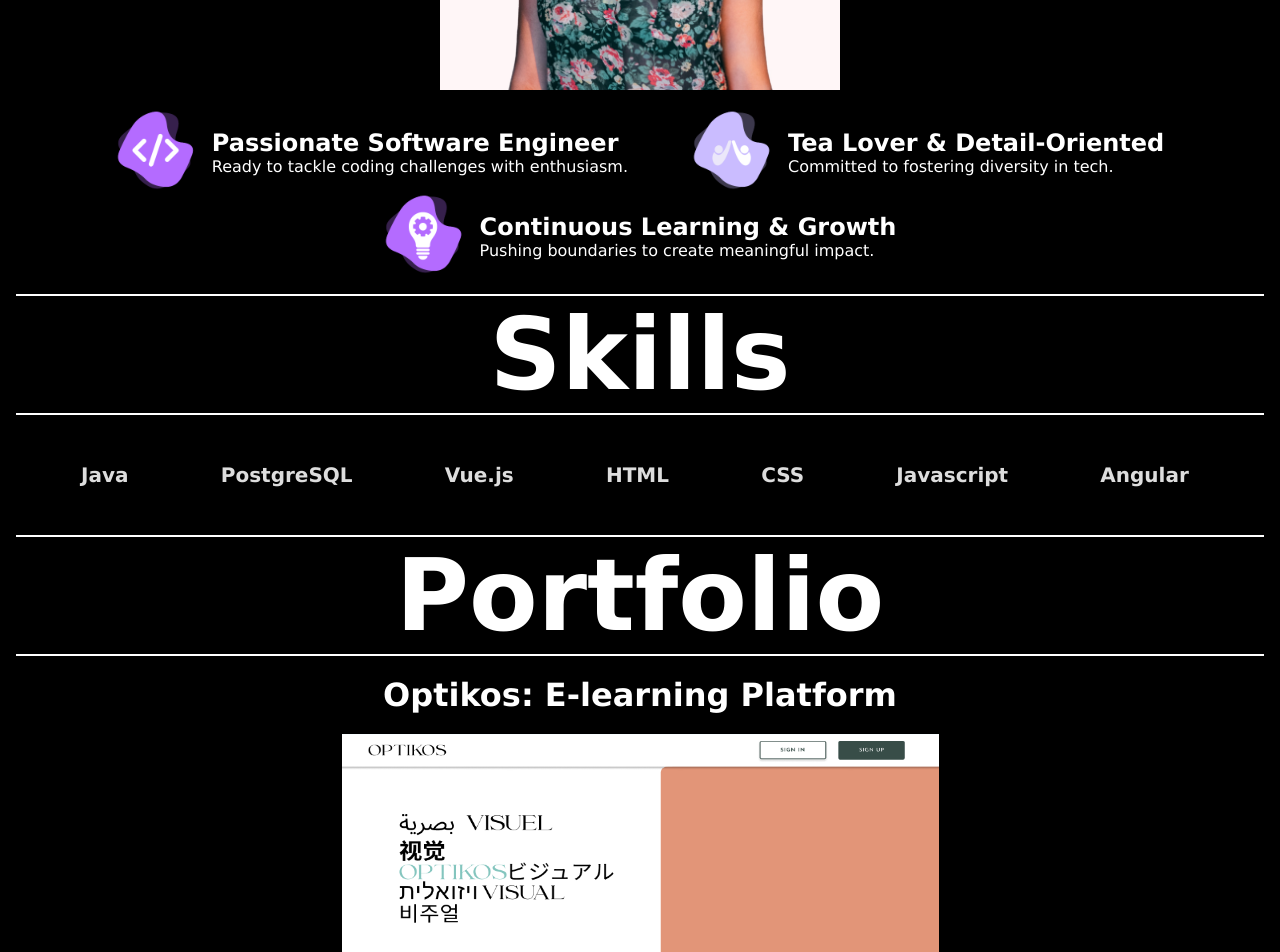
Repository: woodsdeshe/portfolio
Page: index.html
The author's editor kept a copy of each file at every save. The page is drawn from the files as they stood at one save, then again after the next save.
The browser window is 1280 px wide. The pictures show the part of the page from y = 1196 to 2148 px (the page is 2552 px tall).
A picture or video elsewhere on the page could not be fetched, so the positions and the page height are approximate. Some web fonts or font styles are not loaded; a fallback is used.

Above is the page before, as saved 2023-06-11 16:07:32.

After the next save:
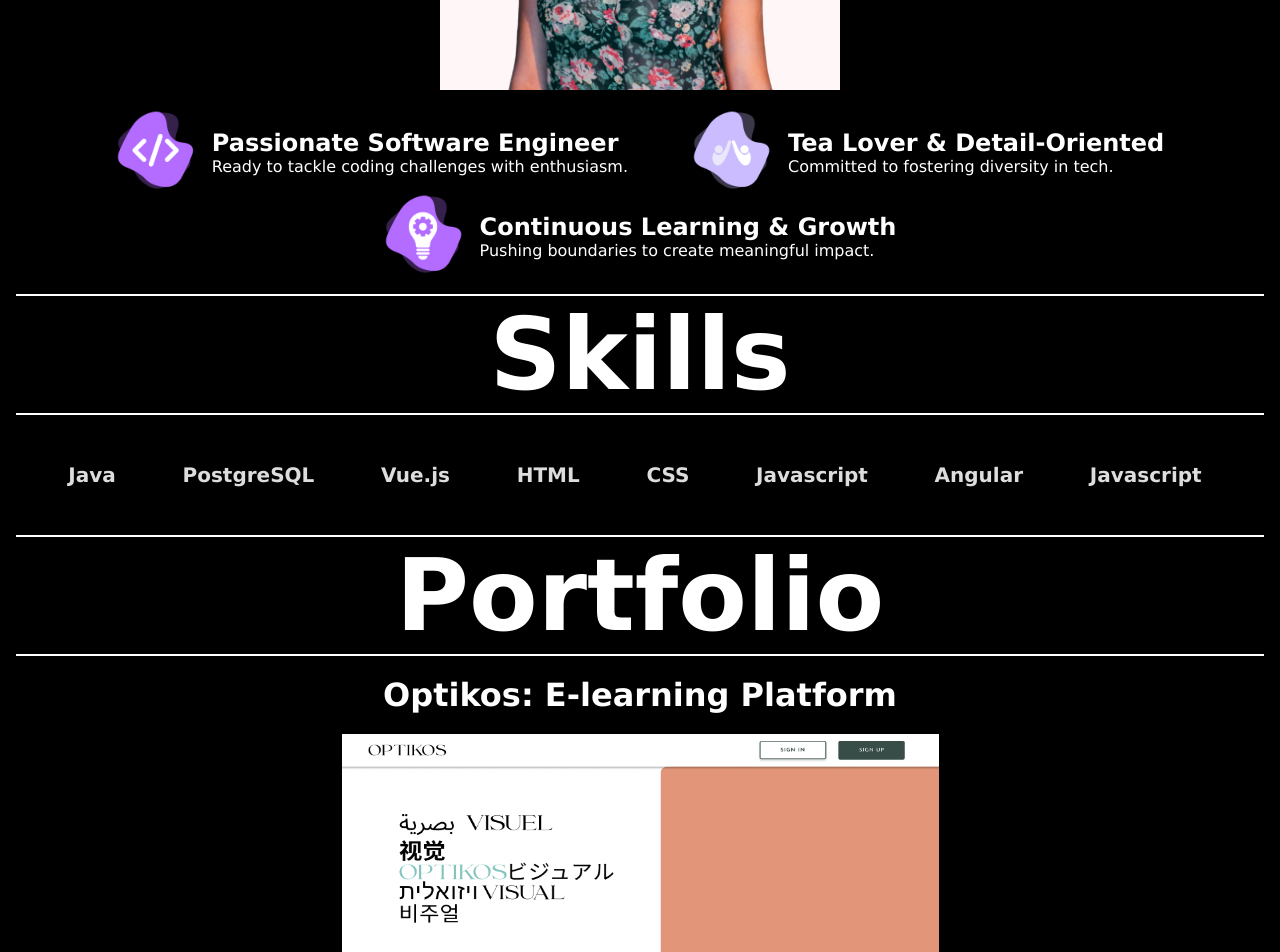
Saved 5 s later.
--- a/index.html
+++ b/index.html
@@ -73,6 +73,7 @@
         <span class="skill">CSS</span>
         <span class="skill">Javascript</span>
         <span class="skill">Angular</span>
+        <span class="skill">Javascript</span>
     </div>
     <div class="portfolio-header">
         <h1 id="portfolio">Portfolio</h1>
